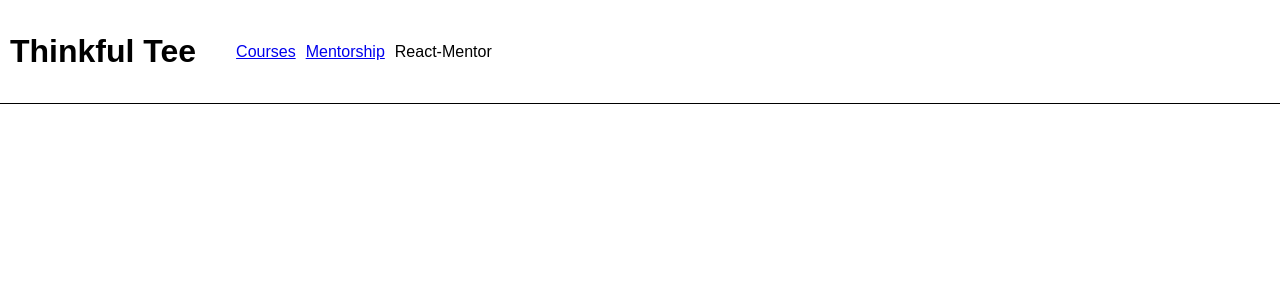
Repository: BAAMOSK/componentDrills
Page: /
An editor plug-in stored every save of this project. The page is shown before and after the next save, followed by the edit.
The browser window is 1280 px wide. The pictures show the whole page.
The project was rebuilt for these pictures with package versions that can differ from the ones it lists, and the page was loaded fresh each time.

Above is the page before, as saved 2017-05-15 15:31:21.

### src/index.js
import React from 'react'    ;
import ReactDOM from 'react-dom';
import NavigationBar from '../src/components/navigation-bar';
import './index.css';

//this links data is being fun in monkey function
const links = [{
  text: 'Courses',
  href: 'http://www.thinkful.com/courses/'
}, {
  text: 'Mentorship',
  href: 'http://www.thinkful.com/mentorship'
},
  {
    text: 'React-Mentor',
    hre: 'https://www.thinkful.com/mentors/joe-turner/'
  }
];
//render function is pulling everything from the navigation-bar.js file
ReactDOM.render(
  <NavigationBar title='Thinkful Tee' links={links} />,
  document.getElementById('root')
)

### src/components/navigation-bar.js
import React from 'react';
import './navigation-bar.css';

//This is state-less the data is being pulled from index.js
//has to be passed from the outside because of dynamic use
export default function NavigationBar(props) {
  //links is being declared here.
  //links/monkey is a function that will get the data
  const monkey = props.links.map((link, index) => (
    //links is used when we render in <ul>
    //index = 0
    //href is link
    //text is name OF link
    <li key={index}>
      <a href={link.href}>
        {link.text}
      </a>
    </li>
  ));

  return (
    //div is navbar
    //props.title will be defined from index.js
    //{monkey} is the function run
    <div className="navigation-bar">
      <h1>{props.title}</h1>
      <nav className="navigation-bar-nav">
        <ul>
          {monkey}
        </ul>
      </nav>
    </div>
  );
}
//export everything on this page to index.js

### src/components/navigation-bar.css
h1 {
    margin: 0;
}

.navigation-bar {
    border-bottom: 1px solid black;
    padding: 10px;
}

.navigation-bar h1, .navigation-bar nav, .navigation-bar-nav li {
    display: inline-block;
    line-height: 50px;
    vertical-align: middle;
}

.navigation-bar-nav li {
    margin-right: 10px;
}

Loaded but not shown: public/index.html (common file); src/index.css (common file)

After the next save:
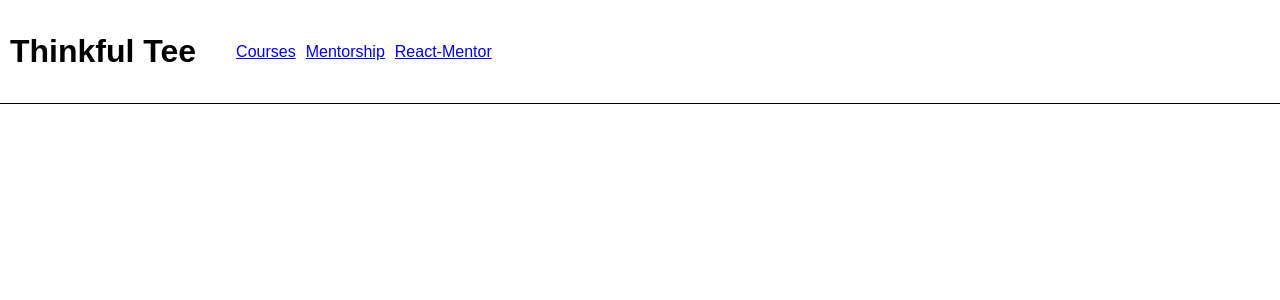
Saved 40 s later.
--- a/src/index.js
+++ b/src/index.js
@@ -13,7 +13,7 @@
 },
   {
     text: 'React-Mentor',
-    hre: 'https://www.thinkful.com/mentors/joe-turner/'
+    href: 'https://www.thinkful.com/mentors/joe-turner/'
   }
 ];
 //render function is pulling everything from the navigation-bar.js file
